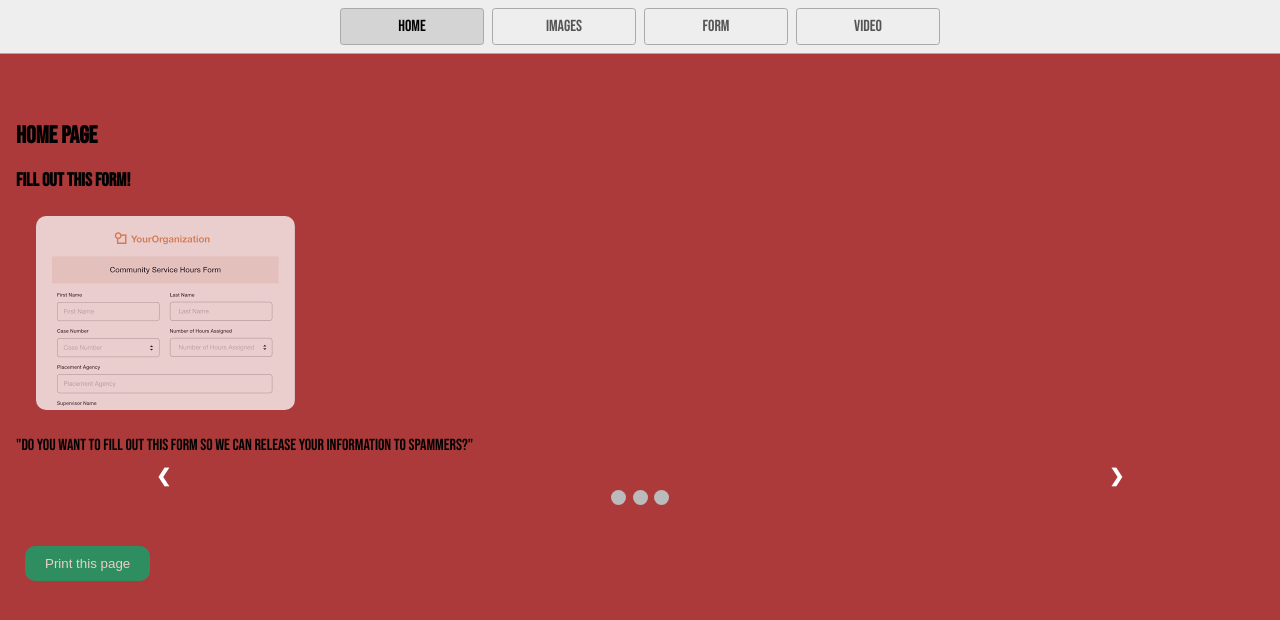
Repository: sebas6292/palmTree-Final
Page: Home.html
These files come from the project's save history. The page is drawn as it stood at one moment and after the next save; the edit follows.
The browser window is 1280 px wide. The pictures show the whole page.

Above is the page before, as saved 2023-06-03 13:46:48.
Console error: SyntaxError: Unexpected token '<'

### Home.html
<!DOCTYPE html>
<html lang="en">
  <head>
    <title>Jeff's Final</title>
    <meta charset="UTF-8" />
    <meta name="viewport" content="width=device-width" />
  <link rel="icon" href="/Assets/favicon.jpg" type="image/x-icon">
    <link rel="preconnect" href="https://fonts.googleapis.com">
    <link rel="preconnect" href="https://fonts.gstatic.com" crossorigin>
    <link href="https://fonts.googleapis.com/css2?family=Bebas+Neue&display=swap" rel="stylesheet">
    <link rel="stylesheet" href="styles.css" />
    <script type="module" src="script.js"></script>
  </head>
  <body>
    <nav>
      <a href="/Home.html" aria-current="page">Home</a>
      <a href="/Images.html">Images</a>
      <a href="/Form.html">Form</a>
      <a href="/Video.html">Video</a>
    </nav>
    <main>
      <h1>
        </h1>
        <br>
      <h1>Home page</h1>
      <div>
        <h3>Fill out this Form!</h3>
        <a
          href="/Form.html"
        >
          <img src="./Assets/form.png" />
        </a>
        <p>"Do you want to fill out this form so we can release your information to spammers?"</p>
      </div>
      <!-- Slideshow container -->
<div class="slideshow-container">

  <!-- Full-width images with number and caption text -->
  <div class="mySlides fade">
    <div class="numbertext">1 / 3</div>
    <img src="/Assets/CancunBeach.jpeg" style="width:100%">
    <div class="text">Cancun Beach</div>
  </div>

  <div class="mySlides fade">
    <div class="numbertext">2 / 3</div>
    <img src="/Assets/PhilipinesBeach.jpeg" style="width:100%">
    <div class="text">Philipines Beach</div>
  </div>

  <div class="mySlides fade">
    <div class="numbertext">3 / 3</div>
    <img src="/Assets/FijiBeach.jpeg" style="width:100%">
    <div class="text">Fiji Beach</div>
  </div>

  <!-- Next and previous buttons -->
  <a class="prev" onclick="plusSlides(-1)">&#10094;</a>
  <a class="next" onclick="plusSlides(1)">&#10095;</a>
</div>
<br>

<!-- The dots/circles -->
<div style="text-align:center">
  <span class="dot" onclick="currentSlide(1)"></span>
  <span class="dot" onclick="currentSlide(2)"></span>
  <span class="dot" onclick="currentSlide(3)"></span>
</div>
    </main>
    <button onclick="window.print()">Print this page</button>
  </body>
</html>

### styles.css
* {
    box-sizing: border-box;
  }

  body {
    margin: 0;
    font-family: 'Bebas Neue', sans-serif;
    color: black;
    background-color: white;
  }
  @keyframes body {
    0%   {background-color: white;}
    25%  {background-color: brown}
    50%  {background-color: purple;}
    100% {background-color: black;}
  }
  body {
    background-color: white;
    animation-name: body;
    animation-duration: 30s;
  }

  nav {
    display: flex;
    flex-wrap: wrap;
    align-items: center;
    justify-content: center;
    padding: 0.5rem;
    gap: 0.5rem;
    border-bottom: solid 1px #aaa;
    background-color: #eee;
  }

  nav a {
    display: inline-block;
    min-width: 9rem;
    padding: 0.5rem;
    border-radius: 0.2rem;
    border: solid 1px #aaa;
    text-align: center;
    text-decoration: none;
    color: #555;
  }

  nav a[aria-current='page'] {
    color: #000;
    background-color: #d4d4d4;
  }

  main {
    padding: 1rem;
  }

  h1 {
    font-weight: bold;
    font-size: 1.5rem;
  }
  .form-title {
    margin-left: 57px;
    color: whitesmoke;
    padding-top: 15px;
  }

  .bg-img {
    background-image: url('/Assets/pier2.jpeg');
    height: 500px;
    border-radius: 10px;
  }

  .form-container {
    position: absolute;
    margin: 0 0 0 40px;
    max-width: 400px;
    padding: 24px;
    background-color: whitesmoke;
    border-radius: 10px;
  }
  input[type=text], input[type=password], input[id=comment] {
    width: 100%;
    padding: 10px;
    border: none;
    background: #f1f1f1;
    border-radius: 5px;
  }

  button {
    background-color: #04AA6D;
    padding: 10px 20px 10px 20px;
    margin: 20px 0px 40px 25px;
    border-radius: 10px;
    cursor: pointer;
    color: white;
    border: none;
    opacity: 0.75;
  }
  button:hover {
    opacity: 1.25;
  }
  .btn {
    background-color: #04AA6D;
    color: white;
    margin-bottom: .5rem ;
    padding: 5px 0 5px 0;
    border: none;
    cursor: pointer;
    border-radius: 5px;
    width: 100%;
    opacity: 0.75;
  }
  .btn:hover {
    opacity: 1;
  }
  img {
    border-radius: 10px;
    margin: 5px 0 5px 20px;
    opacity: .75;
  }
  img:hover {
    opacity: 1;
    width: 300px;
  }
  .video-title {
   margin: 0px 0 0 20px;
   padding-top: 20px;
  }

  video {
    margin: 20px 0 0 15px;
    border-radius: 10px;
  }

  * {box-sizing:border-box}

/* Slideshow container */
.slideshow-container {
  max-width: 1000px;
  position: relative;
  margin: auto;
}

/* Hide the images by default */
.mySlides {
  display: none;
}

/* Next & previous buttons */
.prev, .next {
  cursor: pointer;
  position: absolute;
  top: 50%;
  width: auto;
  margin-top: -22px;
  padding: 16px;
  color: white;
  font-weight: bold;
  font-size: 18px;
  transition: 0.6s ease;
  border-radius: 0 3px 3px 0;
  user-select: none;
}

/* Position the "next button" to the right */
.next {
  right: 0;
  border-radius: 3px 0 0 3px;
}

/* On hover, add a black background color with a little bit see-through */
.prev:hover, .next:hover {
  background-color: rgba(0,0,0,0.8);
}

/* Caption text */
.text {
  color: #f2f2f2;
  font-size: 15px;
  padding: 8px 12px;
  position: absolute;
  bottom: 8px;
  width: 100%;
  text-align: center;
}

/* Number text (1/3 etc) */
.numbertext {
  color: #f2f2f2;
  font-size: 12px;
  padding: 8px 12px;
  position: absolute;
  top: 0;
}

/* The dots/bullets/indicators */
.dot {
  cursor: pointer;
  height: 15px;
  width: 15px;
  margin: 0 2px;
  background-color: #bbb;
  border-radius: 50%;
  display: inline-block;
  transition: background-color 0.6s ease;
}

.active, .dot:hover {
  background-color: #717171;
}

/* Fading animation */
.fade {
  animation-name: fade;
  animation-duration: 1.5s;
}

@keyframes fade {
  from {opacity: .4}
  to {opacity: 1}
}

### script.js
document.write(Date())

          let slideIndex = 1;
showSlides(slideIndex);

// Next/previous controls
function plusSlides(n) {
  showSlides(slideIndex += n);
}

// Thumbnail image controls
function currentSlide(n) {
  showSlides(slideIndex = n);
}

function showSlides(n) {
  let i;
  let slides = document.getElementsByClassName("mySlides");
  let dots = document.getElementsByClassName("dot");
  if (n > slides.length) {slideIndex = 1}
  if (n < 1) {slideIndex = slides.length}
  for (i = 0; i < slides.length; i++) {
    slides[i].style.display = "none";
  }
  for (i = 0; i < dots.length; i++) {
    dots[i].className = dots[i].className.replace(" active", "");
  }
  slides[slideIndex-1].style.display = "block";
  dots[slideIndex-1].className += " active";
}
        </script>

After the next save:
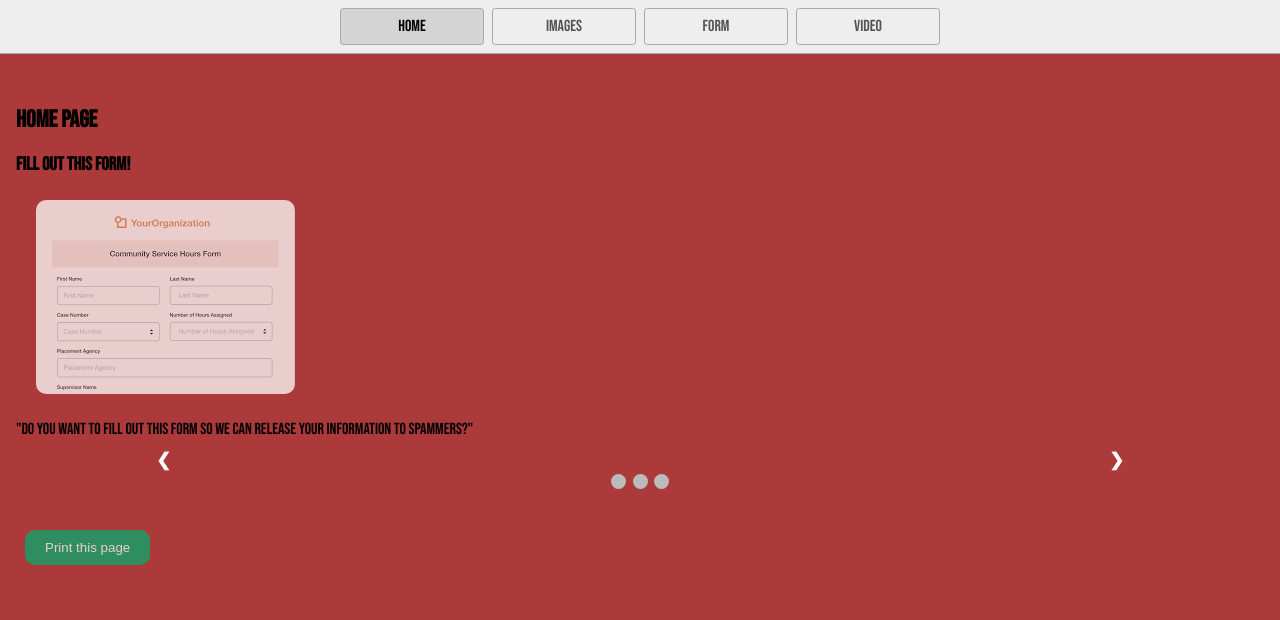
Saved 3 s later.
--- a/Home.html
+++ b/Home.html
@@ -19,8 +19,7 @@
       <a href="/Video.html">Video</a>
     </nav>
     <main>
-      <h1>
-        </h1>
+
         <br>
       <h1>Home page</h1>
       <div>
